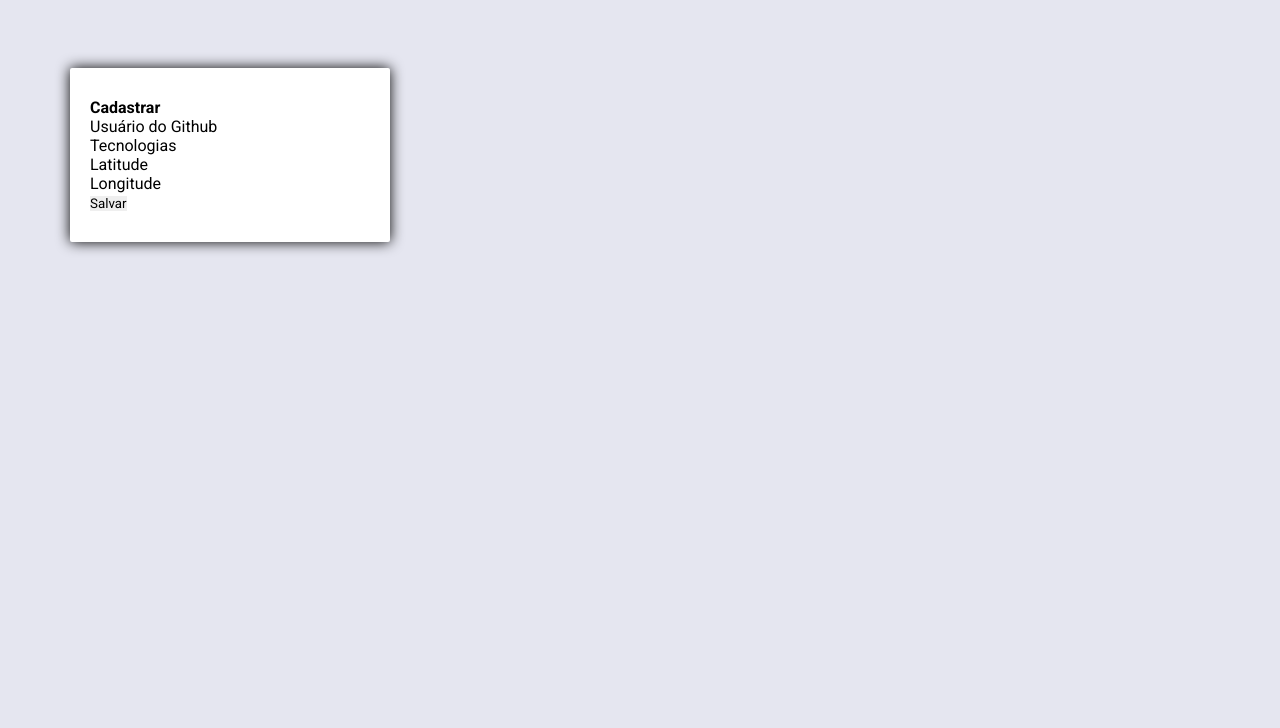
Repository: Jonatas-Castro/react_frontend
Page: /
These files come from the project's save history. The page is drawn as it stood at one moment and after the next save; the edit follows.
The browser window is 1280 px wide. The pictures show the whole page.
The project was rebuilt for these pictures with package versions that can differ from the ones it lists, and the page was loaded fresh each time. Also part of the build but not shown: src/Mean.css.

Above is the page before, as saved 2020-01-16 15:06:26.

After the next save:
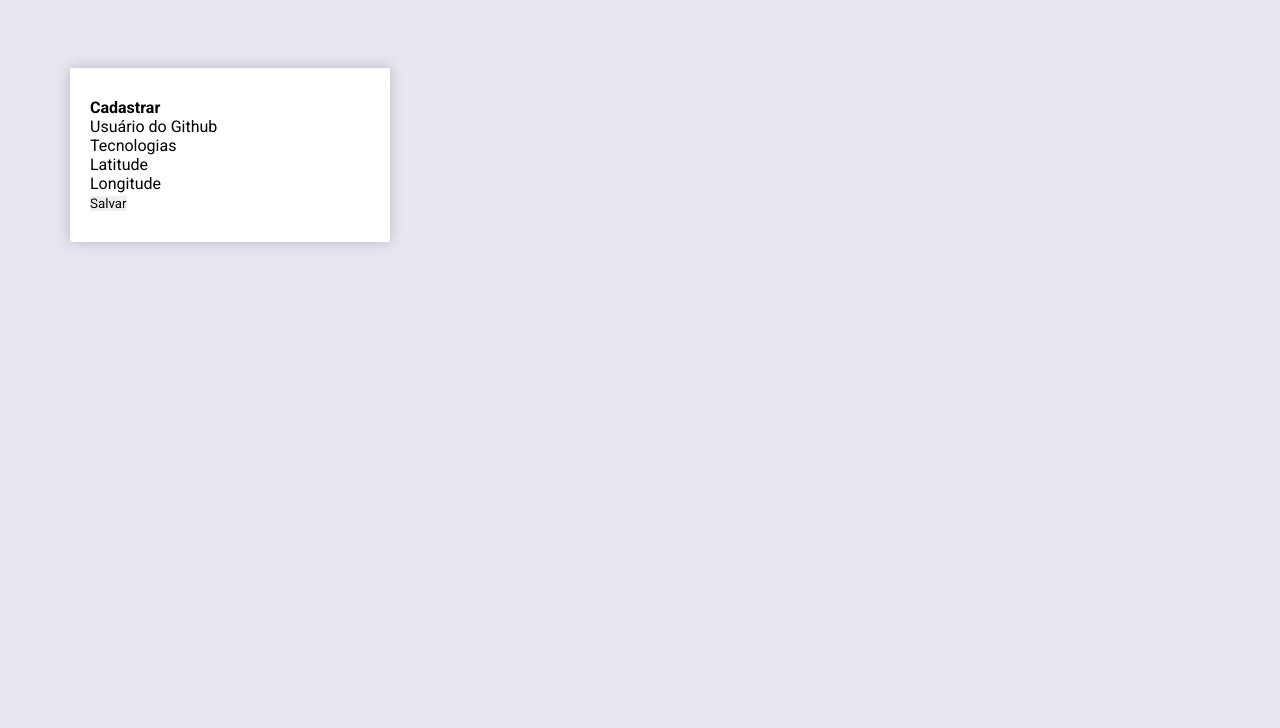
Saved 78 s later.
--- a/src/Sidebar.css
+++ b/src/Sidebar.css
@@ -1,7 +1,7 @@
 aside{
     width: 320px;
     background: #fff;
-    box-shadow:0 0 14px 0 #000 ;
+    box-shadow:0 0 14px 0 rgba(0, 0, 0,0.2);
     border-radius: 2px;
     padding: 30px 20px;
 }
